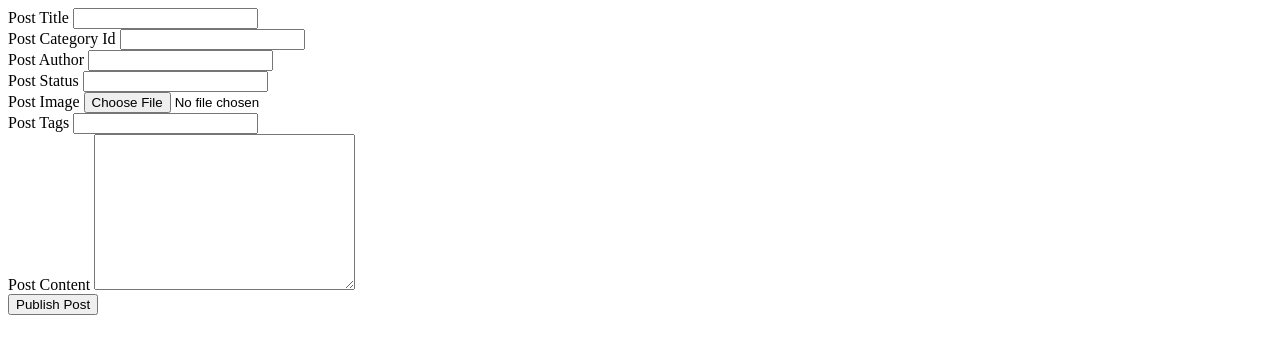
Repository: AimeeGao/CMS
Page: http://localhost/admin/includes/add_post.php
These files come from the project's save history. The page is drawn as it stood at one moment and after the next save; the edit follows.
The browser window is 1280 px wide. The pictures show the whole page.
The page is run by PHP 8.4 with error messages shown; the project is at /var/www/html/.

Above is the page before, as saved 2017-07-24 11:58:30.

After the next save:
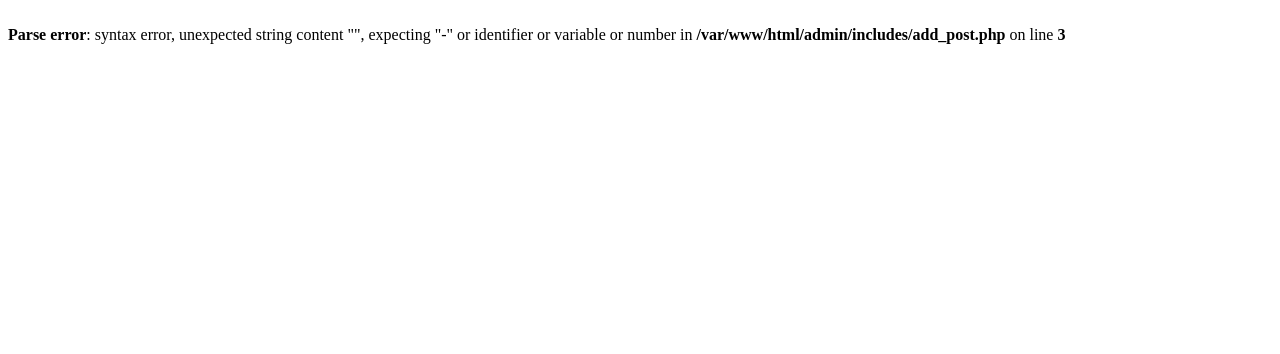
Saved 94 s later.
--- a/cms/admin/includes/add_post.php
+++ b/cms/admin/includes/add_post.php
@@ -1,5 +1,7 @@
 <?php
-
+	if(isset($_POST['create_post'])){
+		echo "$_POST['create_post']";
+	}
 
 ?>
 

After the save that followed:
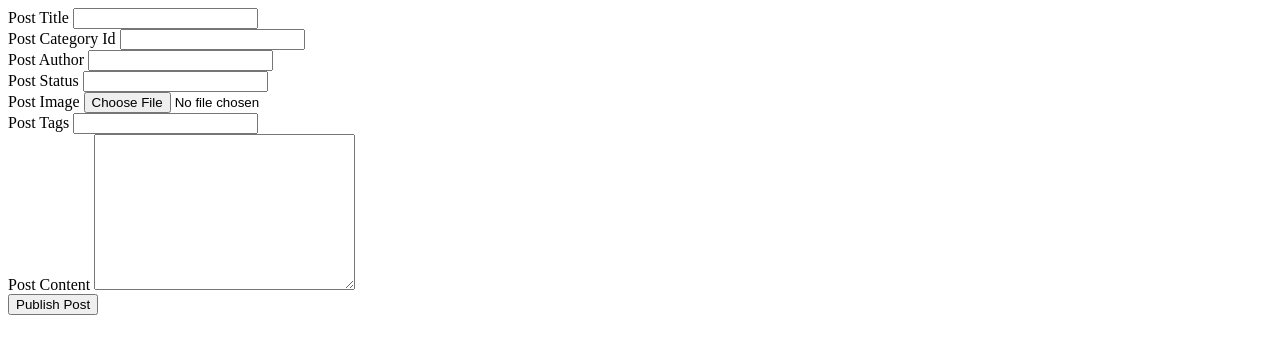
Saved 17 s later.
--- a/cms/admin/includes/add_post.php
+++ b/cms/admin/includes/add_post.php
@@ -1,6 +1,6 @@
 <?php
 	if(isset($_POST['create_post'])){
-		echo "$_POST['create_post']";
+		echo $_POST['create_post'];
 	}
 
 ?>
